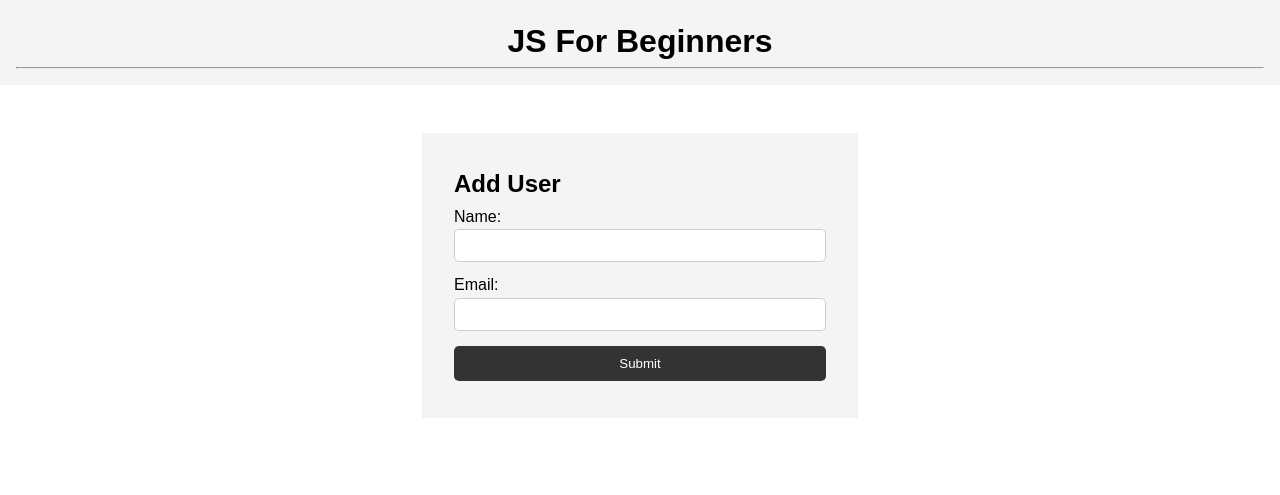
Repository: balkisys/FormationFullStackJS
Page: index.html
The author's editor kept a copy of each file at every save. The page is drawn from the files as they stood at one save, then again after the next save.
The browser window is 1280 px wide. The pictures show the whole page.

Above is the page before, as saved 2021-03-13 09:57:27.

### index.html
<!DOCTYPE html>
<html lang="en">
  <head>
    <meta charset="UTF-8" />
    <meta name="viewport" content="width=device-width, initial-scale=1.0" />
    <meta http-equiv="X-UA-Compatible" content="ie=edge" />
    <title>JS For Beginners</title>
    <link rel="stylesheet" href="style.css">
  </head>
  <body>
    <header>
      <h1>JS For Beginners</h1>
      <hr/>
    </header>

    <section class="container">
      <form id="my-form">
        <h1>Add User</h1>
        <div class="msg"></div>
        <div>
          <label for="name">Name:</label>
          <input type="text" id="name">
        </div>
        <div>
          <label for="email">Email:</label>
          <input type="text" id="email">
        </div>
        <input class="btn" type="submit" value="Submit">
      </form>

      <ul id="users"></ul>

      <!-- <ul class="items">
        <li class="item">Item 1</li>
        <li class="item">Item 2</li>
        <li class="item">Item 3</li>
      </ul> -->
    </section>


    <script src="test.js">

// the page automaticlly reload alert('Hello word');

    </script>
  </body>
</html>

### style.css
* {
    margin: 0;
    padding: 0;
    box-sizing: border-box;
}

body {
    font-family: Arial, Helvetica, sans-serif;
    line-height: 1.6;
}

ul {
    list-style: none;
}

ul li {
    padding: 5px;
    background: #f4f4f4;
    margin: 5px 0;
}

header {
    background: #f4f4f4;
    padding: 1rem;
    text-align: center;
}

.container {
    margin: auto;
    width: 500px;
    overflow: auto;
    padding: 3rem 2rem;
}

#my-form {
    padding: 2rem;
    background: #f4f4f4;
}

#my-form label {
    display: block;
}

#my-form input[type='text'] {
    width: 100%;
    padding: 8px;
    margin-bottom: 10px;
    border-radius: 5px;
    border: 1px solid #ccc;
}

.btn {
    display: block;
    width: 100%;
    padding: 10px 15px;
    border: 0;
    background: #333;
    color: #fff;
    border-radius: 5px;
    margin: 5px 0;
}

.btn:hover {
    background: #444;
}

.bg-dark {
    background: #333;
    color: #fff;
}

.error {
    background: orangered;
    color: #fff;
    padding: 5px;
    margin: 5px;
}

Loaded but not shown: test.js (no stored copy; drawn as an empty file)

After the next save:
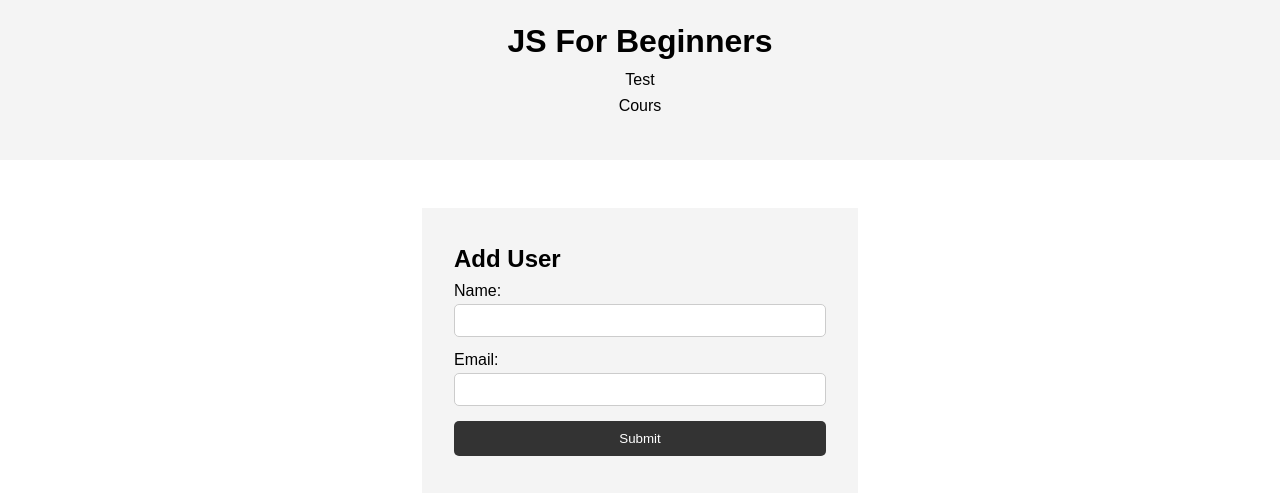
Saved 44 s later.
--- a/index.html
+++ b/index.html
@@ -10,7 +10,8 @@
   <body>
     <header>
       <h1>JS For Beginners</h1>
-      <hr/>
+      <p> Test </p> <p> Cours </p>
+      <br>
     </header>
 
     <section class="container">
